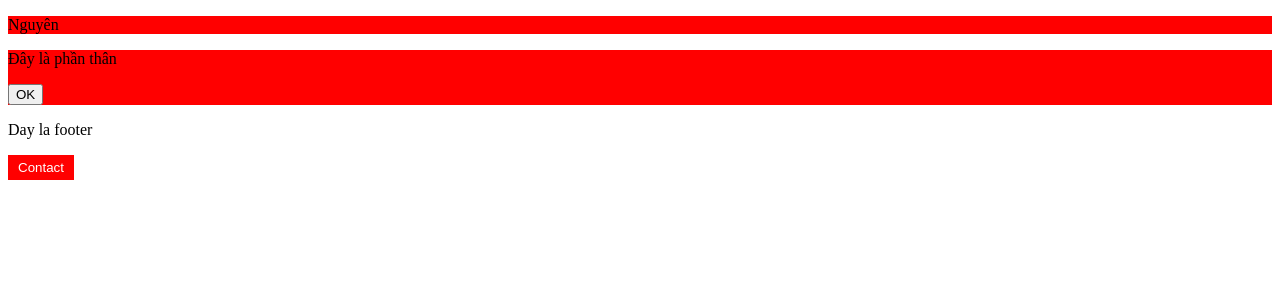
Repository: nguyenary/LeanSASS
Page: index.html
An editor plug-in stored every save of this project. The page is shown before and after the next save, followed by the edit.
The browser window is 1280 px wide. The pictures show the whole page.
The style sheet was rebuilt from its Sass, Less or Tailwind sources for each picture, by a compiler version that may differ from the author's.

Above is the page before, as saved 2021-09-04 23:13:42.

After the next save:
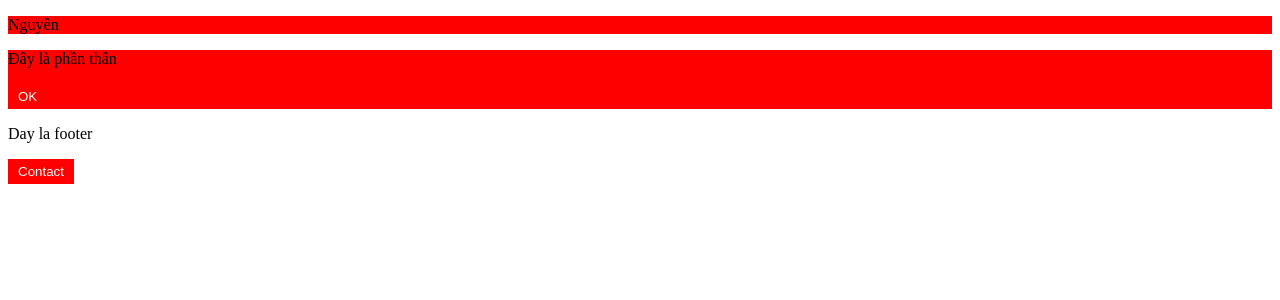
Saved 51 s later.
--- a/style/index.scss
+++ b/style/index.scss
@@ -12,6 +12,10 @@ section {
     background-color: $main-color;
 }
 
+section button {
+    @include buttonStyle();
+}
+
 footer button {
     @include buttonStyle();
 }
